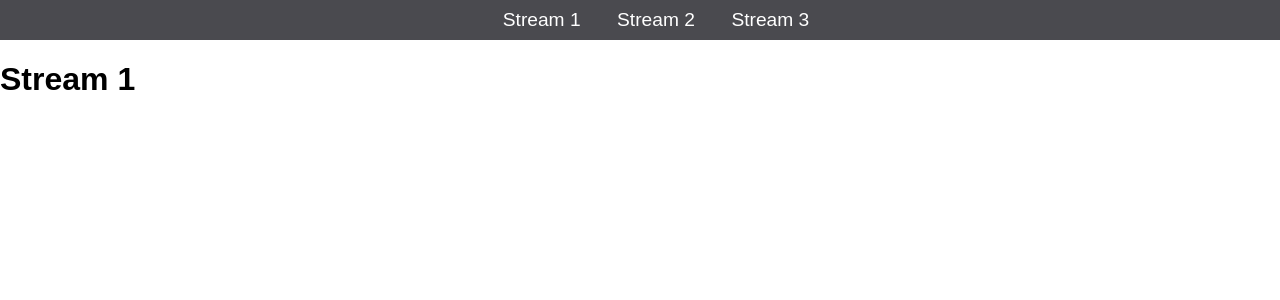
Repository: malc-u/trial
Page: Stream1.html
The author's editor kept a record of every edit. The page is drawn from the files as they stood at one moment, then again after the next edit.
The browser window is 1280 px wide. The pictures show the whole page.

Above is the page before.

After the next edit:
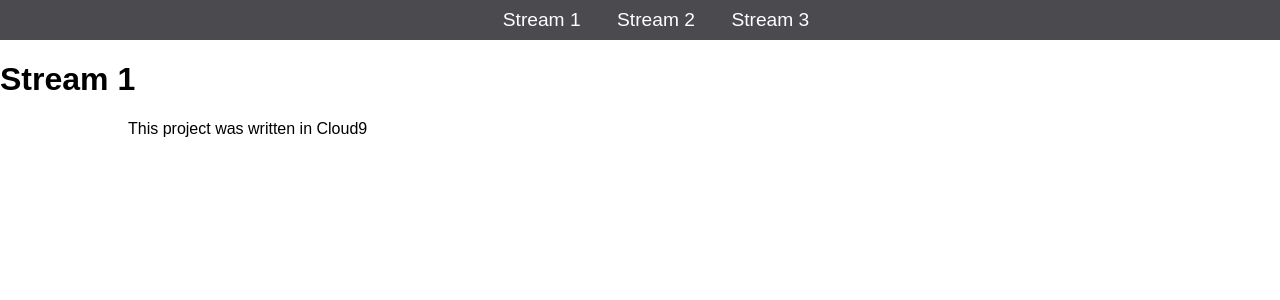
The edit:
--- a/Stream1.html
+++ b/Stream1.html
@@ -15,7 +15,8 @@
       </ul>
     </nav>
       <h1>Stream 1</h1>
-      <a href=<a href="mailto:">
+      <div class="card">This project was written in Cloud9
+      <a href=<a href="https://en.wikipedia.org/wiki/HTML5>
         <img src=""></img>
         <h2></h2>
       </a>

After the 2 edits that followed:
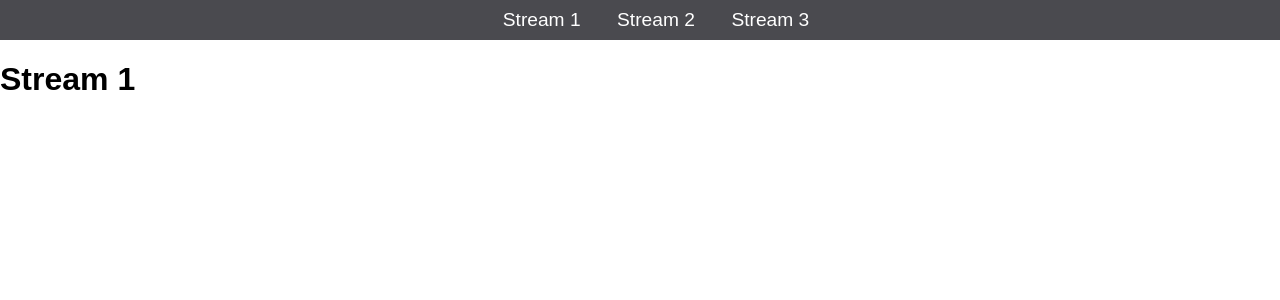
The 2 edits are shown as one change because 1 left the picture as it was.
The edit:
--- a/Stream1.html
+++ b/Stream1.html
@@ -15,11 +15,12 @@
       </ul>
     </nav>
       <h1>Stream 1</h1>
-      <div class="card">This project was written in Cloud9
+      <div class="card">
       <a href=<a href="https://en.wikipedia.org/wiki/HTML5>
         <img src=""></img>
         <h2></h2>
       </a>
+      </div>
 
   </body>
 </html>
